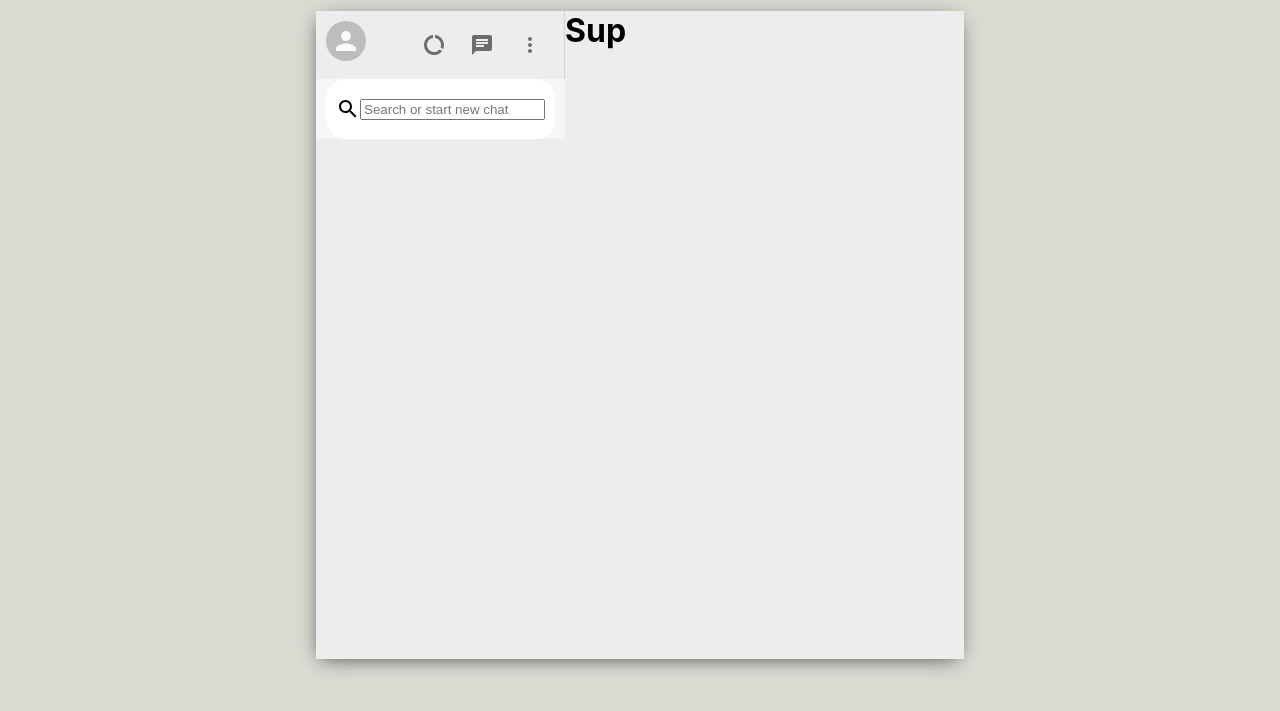
Repository: SayedJamil/WhatsappClone
Page: /
An editor plug-in stored every save of this project. The page is shown before and after a run of saves, followed by the edit.
The browser window is 1280 px wide. The pictures show the whole page.
The project was rebuilt for these pictures with package versions that can differ from the ones it lists, and the page was loaded fresh each time.

Above is the page before, as saved 2021-06-22 23:07:58.

After the next 3 saves:
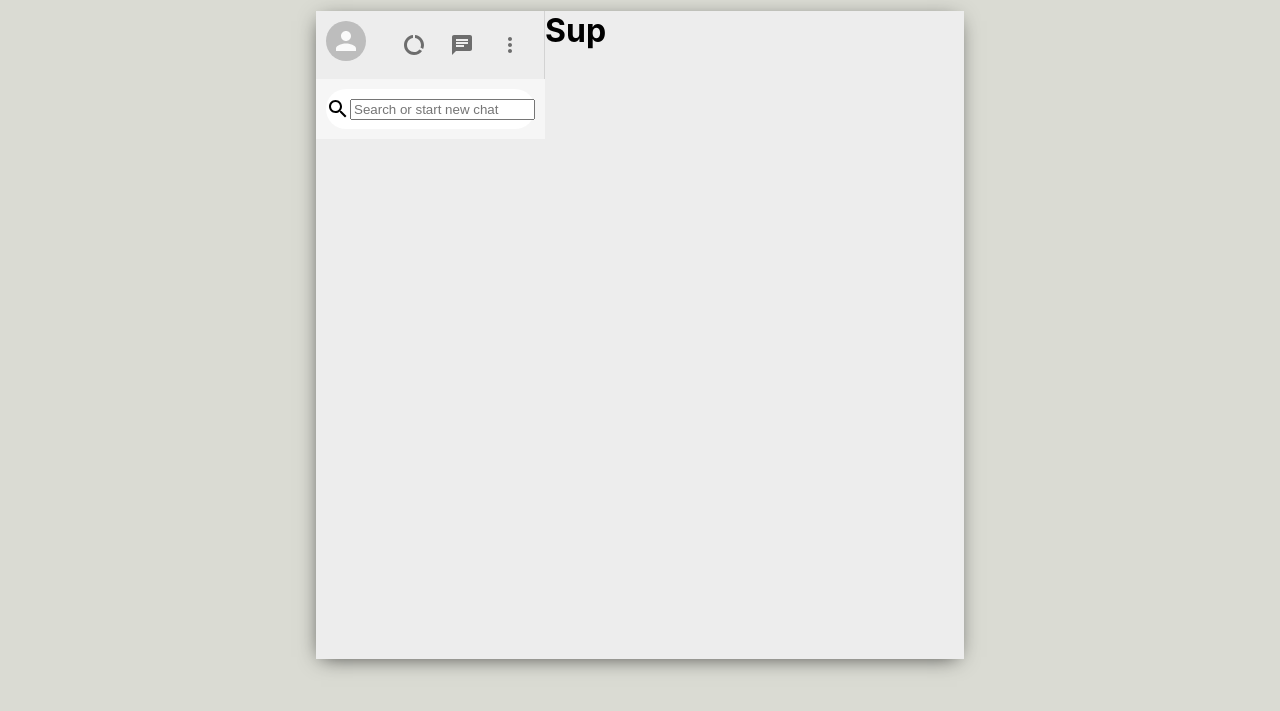
The 3 saves are shown as one change because they came seconds apart.
The last was saved 11 s later.
--- a/src/Sidebar.css
+++ b/src/Sidebar.css
@@ -34,6 +34,6 @@
   align-items: center;
   background-color: #fff;
   height: 40px;
-  padding: 10px;
+  width: 100%;
   border-radius: 20px;
 }
